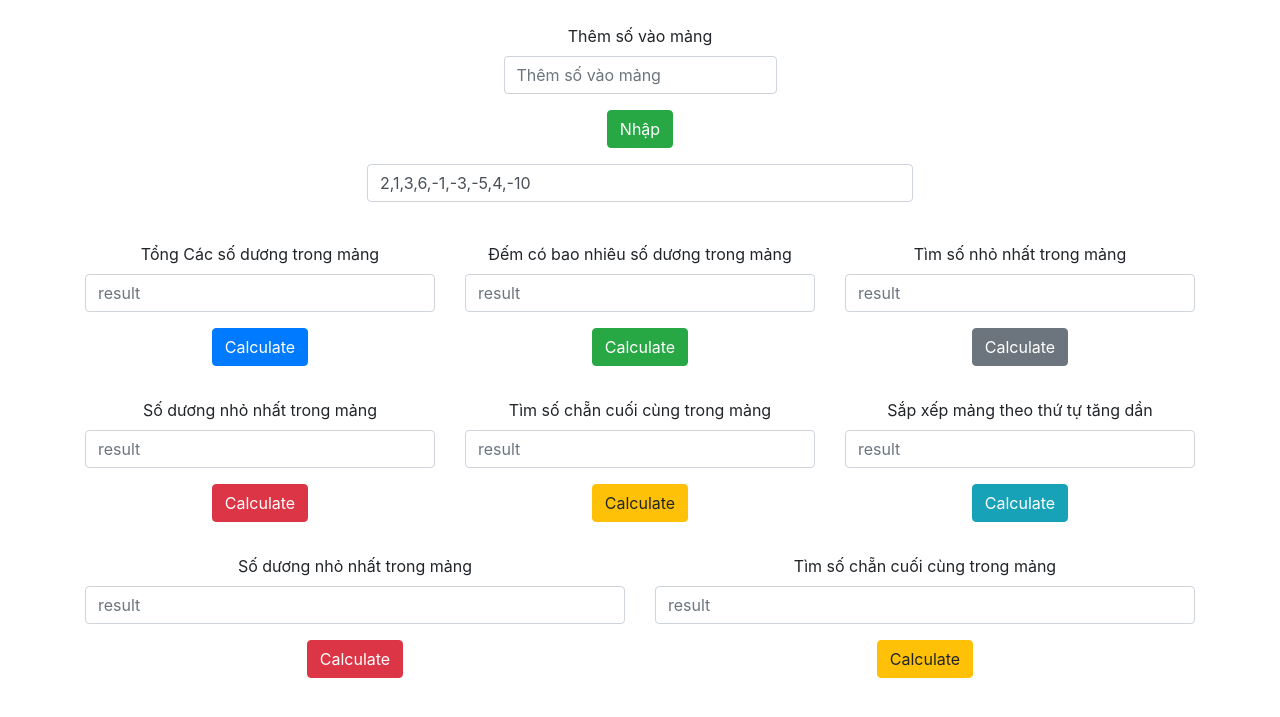
Repository: baobaodeveloper/bootcamp21__array__HuynhAnhBao
Page: index.html
These files come from the project's save history. The page is drawn as it stood at one moment and after the next save; the edit follows.
The browser window is 1280 px wide. The pictures show the whole page.

Above is the page before, as saved 2022-03-20 17:45:26.

After the next save:
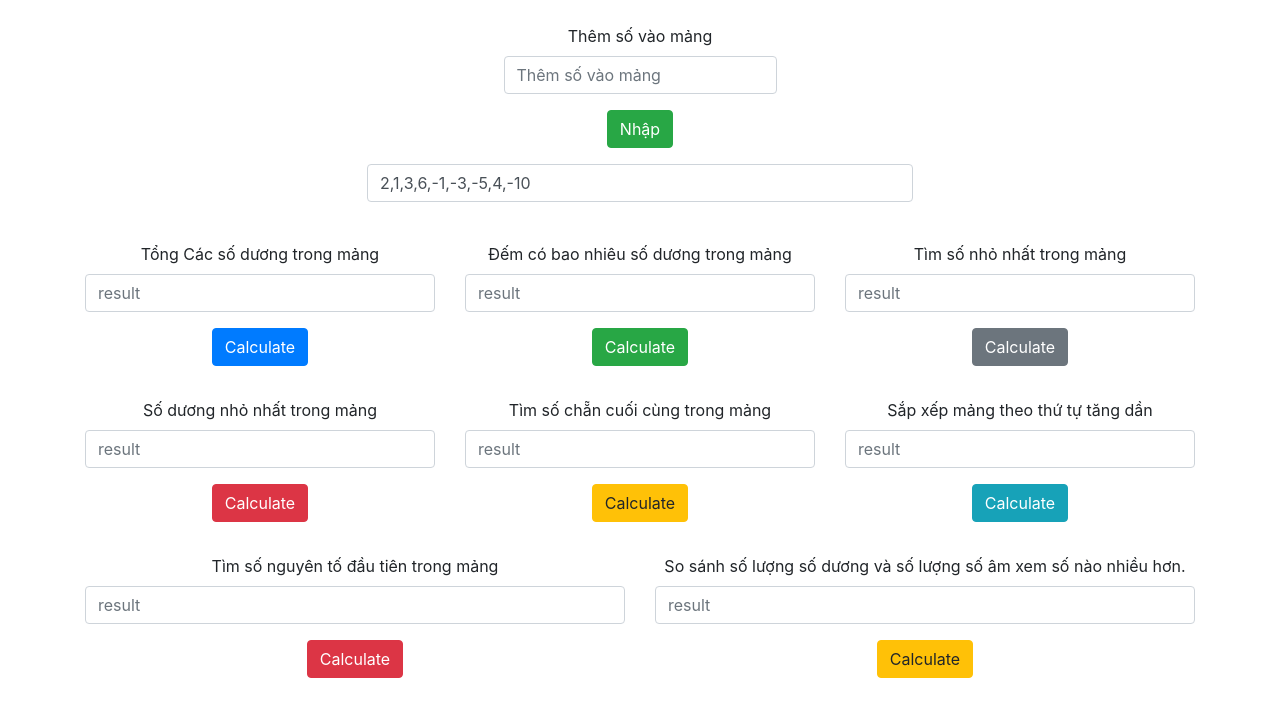
Saved 34 s later.
--- a/index.html
+++ b/index.html
@@ -135,7 +135,7 @@
     <div class="container pt-3">
       <div class="row">
         <div class="col text-center">
-          <label class="form-label">Số dương nhỏ nhất trong mảng</label>
+          <label class="form-label">Tìm số nguyên tố đầu tiên trong mảng</label>
           <input
             type="text"
             class="form-control"
@@ -147,7 +147,10 @@
           </button>
         </div>
         <div class="col text-center">
-          <label class="form-label">Tìm số chẵn cuối cùng trong mảng</label>
+          <label class="form-label"
+            >So sánh số lượng số dương và số lượng số âm xem số nào nhiều
+            hơn.</label
+          >
           <input
             type="text"
             class="form-control"
